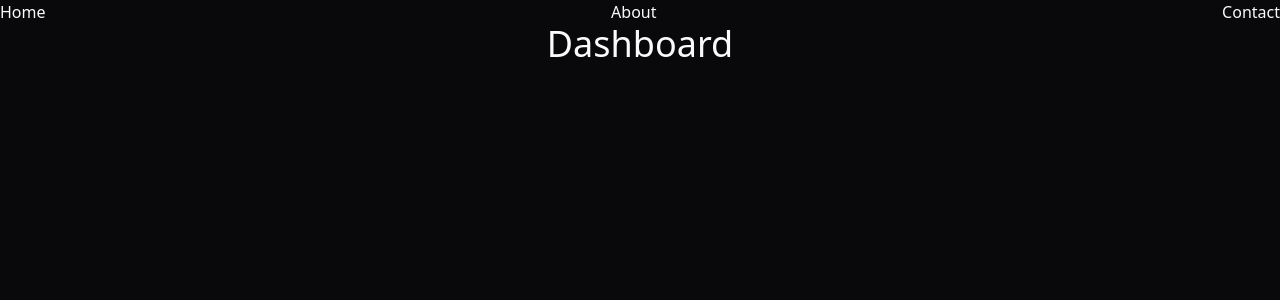
Repository: svoglimacci/recipe-app-tmp
Page: /app
An editor plug-in stored every save of this project. The page is shown before and after the next save, followed by the edit.
The browser window is 1280 px wide. The pictures show the whole page.
The project was rebuilt for these pictures with package versions that can differ from the ones it lists, and the page was loaded fresh each time. Also part of the build but not shown: vite.config.ts, src/components/Recipe.tsx, src/components/RecipeList.tsx, src/components/RecipeCard.tsx, src/views/Login.tsx, src/views/Landing.tsx, src/views/Home.tsx.

Above is the page before, as saved 2024-01-30 13:47:34.

After the next save:
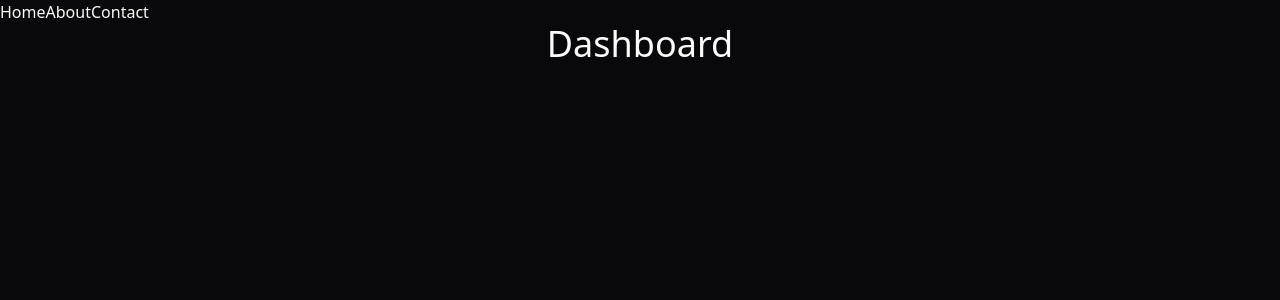
Saved 6 s later.
--- a/src/components/Nav.tsx
+++ b/src/components/Nav.tsx
@@ -1,7 +1,7 @@
 
 function Nav() {
   return (
-  <nav className="flex flex-col">
+  <nav className="flex flex-row">
   <ul className="flex flex-row justify-between">
     <li className="text-primary">Home</li>
     <li className="text-primary">About</li>
